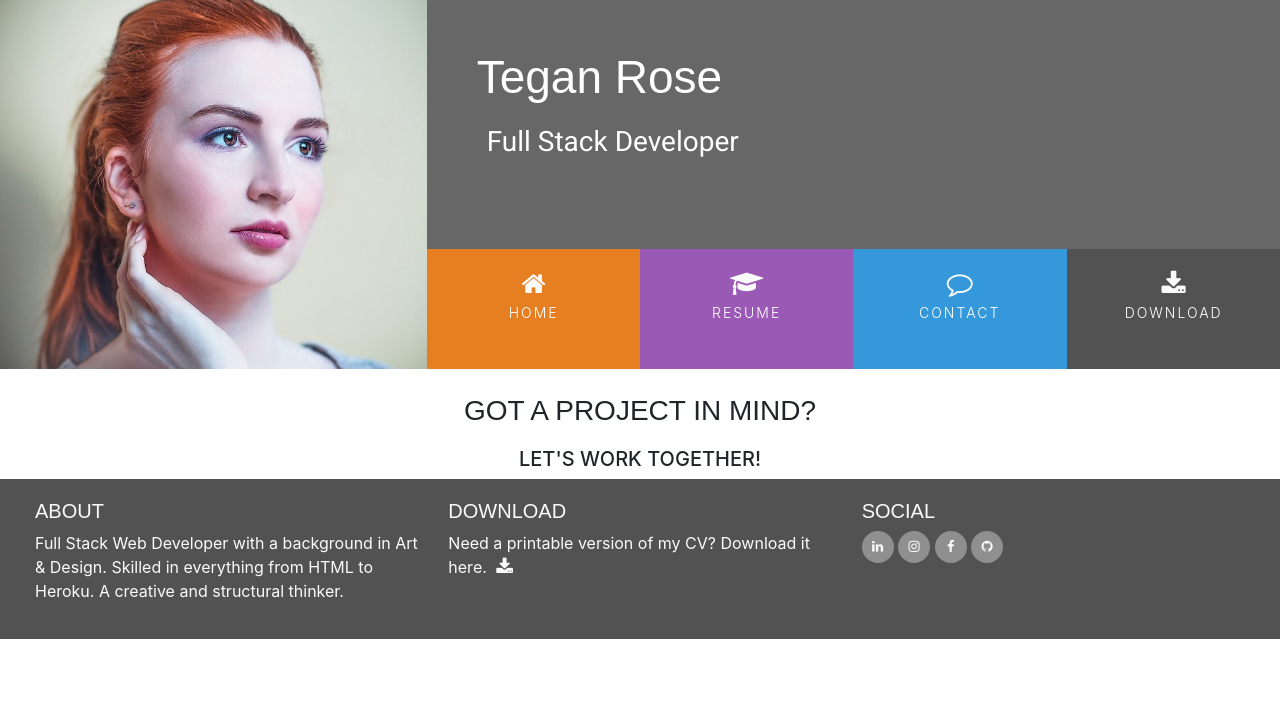
Repository: TSRose/Resume
Page: contact.html
The author's editor kept a record of every edit. The page is drawn from the files as they stood at one moment, then again after the next edit.
The browser window is 1280 px wide. The pictures show the whole page.

Above is the page before.

### contact.html
<!DOCTYPE html>
<html lang="en">

<head>
    <meta charset="UTF-8">
    <meta name="viewport" content="width=device-width, initial-scale=1.0">
    <meta http-equiv="X-UA-Compatible" content="ie=edge">
    <link rel="stylesheet" href="https://stackpath.bootstrapcdn.com/bootstrap/4.3.1/css/bootstrap.min.css" type="text/css" />
    <link rel="stylesheet" href="https://stackpath.bootstrapcdn.com/font-awesome/4.7.0/css/font-awesome.min.css" type="text/css" />
    <link rel="stylesheet" href="assets/css/style.css" type="text/css" />
    <link rel="stylesheet" href="https://cdnjs.cloudflare.com/ajax/libs/hover.css/2.3.1/css/hover-min.css" type="text/css" />
    <title>Tegan Rose</title>
</head>

<body>
    <header>
        <div class="row no-gutters">
            <a href="index.html" class="col-md-4 logo">

            </a>
            <div class="col-md-8">
                <div class="row no-gutters bg-color-name-title">
                    <div class="col">
                        <h1 class="name">Tegan Rose</h1>
                        <h2 class="title"> Full Stack Developer</h2>
                    </div>
                </div>
                <div class="row no-gutters">
                    <div class="col">
                        <ul id="nav" class="list-inline menucontainer">
                            <li class="col-6 col-sm-3 ui-menu-color-home list-inline-item menuitem">
                                <a href="#" class="hvr-sweep-to-bottom"><i class="fa fa-home" aria-hidden="true"></i><span>Home</span></a>
                            </li>
                            <li class="col-6 col-sm-3 ui-menu-color-resume list-inline-item menuitem">
                                <a href="#" class="hvr-sweep-to-bottom"><i class="fa fa-graduation-cap" aria-hidden="true"></i><span>Resume</span></a>
                            </li>
                            <li class="col-6 col-sm-3 ui-menu-color-contact list-inline-item menuitem">
                                <a href="#" class="hvr-sweep-to-bottom"><i class="fa fa-comment-o" aria-hidden="true"></i><span>Contact</span></a>
                            </li>
                            <li class="col-6 col-sm-3 ui-menu-color-download list-inline-item menuitem">
                                <a href="#" class="hvr-sweep-to-bottom"><i class="fa fa-download" aria-hidden="true"></i><span>Download</span></a>
                            </li>
                        </ul>
                    </div>
                </div>
            </div>
        </div>
    </header>
    <section class="container-fluid">
        <div class="row bg-color-contact">
            <div class="col">
                <h3 class="contact-heading uppercase text-center">
                    Got a project in mind?
                </h3>
                <h5 class="uppercase text-center">
                    Let's work together!
                </h5>
            </div>
        </div>

    </section>
    <footer class="container-fluid">
        <div id="footer-details" class="row">
            <div class="col-sm-4">
                <h5 class="uppercase general-sub">About</h5>
                <p class="inline-block">
                    Full Stack Web Developer with a background in Art & Design. Skilled in everything from HTML to Heroku. A creative and structural thinker.
                </p>
            </div>
            <div class="col-sm-4">
                <h5 class="uppercase general-sub">Download</h5>
                <p class="inline-block">
                    Need a printable version of my CV? Download it here.
                    <a href="#" target="_blank" class="cv-pdf">
                        <i class="fa fa-download" aria-hidden="true"></i>
                        <span class="sr-only">Download link.</span>
                    </a>
                </p>
            </div>
            <div class="col-sm-4">
                <h5 class="uppercase general-sub">Social</h5>
                <ul class="list-inline social-links">
                    <li class="list-inline-item">
                        <a target="_blank" href="#">
                        <i class="fa fa-linkedin" aria-hidden="true"></i>
                        <span class="sr-only">LinkedIn</span>
                        </a>
                    </li>
                     <li class="list-inline-item">
                        <a target="_blank" href="#">
                        <i class="fa fa-instagram" aria-hidden="true"></i>
                        <span class="sr-only">Instagram</span>
                        </a>
                    </li>
                    <li class="list-inline-item">
                        <a target="_blank" href="#">
                        <i class="fa fa-facebook" aria-hidden="true"></i>
                        <span class="sr-only">Facebook</span>
                        </a>
                    </li>
                    <li class="list-inline-item">
                        <a target="_blank" href="#">
                        <i class="fa fa-github" aria-hidden="true"></i>
                        <span class="sr-only">GitHub</span>
                        </a>
                    </li>

                </ul>
            </div>
        </div>
    </footer>
</body>

</html>

### assets/css/style.css
@import url('https://fonts.googleapis.com/css?family=Roboto&display=swap:100,200,300,400,500,600,700 | Exo:100,200,300,400,500,600,700');

/*------------------------------------Colours */

.bg-color-name-title {
    background-color: #676767;
}

.bg-color-three-reasons {
    background-color: #fff;
}

.ui-menu-color-home {
    background-color: #e67e22;
}

.ui-menu-color-resume {
    background-color: #9b59b6;
}

.ui-menu-color-contact {
    background-color: #3498db;
}

.ui-menu-color-download {
    background-color: #525252;
}

.bg-color-personal-info {
    background-color: #f4f4f4
}

.bg-color-work-history {
    background-color: #9b59b6;
}

.bg-color-contact {
    background-color: #fff;
}

/*------------------------------------Special paddings/margins/text */

h1,
h2,
h3,
h4 {
    margin: 0;
}

.uppercase {
    text-transform: uppercase;
}

.general-sub {
    font-family: "Exo", sans-serif;
    font-weight: 300;
    color: #fafafa;
}

.inline-block {
    display: inline-block;
}

.row-table {
    display: table;
}

.section-column {
    display: table-cell;
    padding: 0 30px 30px;
    float: none;
}

.history-heading,
.section-heading {
    font-family: "Exo", sans-serif;
    font-weight: 300;
    margin-top: 25px;
    margin-bottom: 30px;
}

/*------------------------------------Headings */

header {
    margin: 0;
}

.heading {
    margin-left: 50px;
}

.logo {
    background: url("../images/logo.jpg");
    background-position: center;
    background-repeat: no-repeat;
    background-size: cover;
    min-height: 360px;
    transition: all .5s ease-in-out;
    -moz-transition: all .5s ease-in-out;
    -webkit-transition: all .5s ease-in-out;
}

.name {
    font-family: "Exo", sans-serif;
    font-weight: 100;
    font-size: 46px;
    margin-top: 50px;
    margin-left: 50px;
    color: #fff;
}

.title {
    font-family: "Roboto", sans-serif;
    font-weight: 200;
    font-size: 28px;
    margin-top: 20px;
    margin-bottom: 90px;
    margin-left: 60px;
    color: #fff;
}

.list-inline-item:not(:last-child) {
    margin: 0;
}

.menucontainer {
    font-size: 0;
}

#nav {
    margin: 0;
}

#nav li {
    font-size: 14px;
    padding: 0;
}

.menuitem {
    height: 120px;
    text-align: center;
    padding: 0;
}

.menuitem a {
    width: 100%;
    text-decoration: 0;
    color: #fff;
    height: 120px;
}

.menuitem a i {
    padding-top: 22px;
    display: block;
    color: #fafafa;
    font-size: 26px;
}

.menuitem span {
    display: block;
    width: 100%;
    padding-top: 5px;
    text-align: center;
    text-transform: uppercase;
    font-size: 14px;
    font-weight: 300;
    letter-spacing: 2px;
}

/*------------------------------------Hover.css */

.hvr-sweep-to-bottom:before {
    background-color: rgba(0, 0, 0, 0.2) !important;
    height: 120px;
}

/*------------------------------------Footer */

footer {
    background-color: #525252;
    color: #fafafa;
    min-height: 120px;
    margin: 0;
}

.cv-pdf i {
    font-size: 18px;
    color: #fafafa;
    text-align: center;
    padding-left: 5px;
    transition: all 0.35s ease-in-out;
    -moz-transition: all 0.35s ease-in-out;
    -webkit-transition: all 0.35s ease-in-out;
    -o-transition: all 0.35s ease-in-out;
}

.cv-pdf i:hover {
    color: #e84610;
}

.social-links {
    padding-bottom: 15px;
}

.social-links li a i {
    width: 32px;
    height: 32px;
    padding: 12px 0;
    border-radius: 50%;
    font-size: 13px;
    line-height: 7px;
    text-align: center;
    color: #fafafa;
    background: #8f8f8f;
    transition: all 0.35s ease-in-out;
    -moz-transition: all 0.35s ease-in-out;
    -webkit-transition: all 0.35s ease-in-out;
    -o-transition: all 0.35s ease-in-out;
}

.social-links li a i:hover {
    background: #e84610;
}

#footer-details {
    padding: 20px;
}


/*------------------------------------Three Reasons */

.three-reasons-icon {
    font-size: 26px;
    color: #e67e22;
}

.three-reasons-heading {
    margin-bottom: 15px;
}


/*------------------------------------Personal Info */

.personal-info-item {
    margin-bottom: 20px;
    display: block;
    clear: both;
}

.personal-info-item .key,
.personal-info-item .value {
    padding-right: 8px;
    display: inline-block;
}

.personal-info-item .key p,
.personal-info-item .value p {
    margin: 0;
}

.personal-info-item .key {
    width: 30%;
    margin-right: 21px;
    padding-top: 2px;
    vertical-align: top;
}

.personal-info-item .key p {
    font-weight: 700;
}

.personal-info-item .value {
    position: relative;
    width: 60%;
}

/*------------------------------------Skills */

.progress {
    position: relative;
    height: 25px;
    margin-bottom: 4px;
}

.progress-type {
    position: absolute;
    left: 0px;
    font-weight: 500;
    padding: 3px 30px 2px 10px;
    color: #fafafa;
}

.progress-section {
    margin: 40px 20px;
}

/*------------------------------------Work History */

.history-heading {
    color: #fafafa;
    margin-bottom: 15px;
}

.timeline-item {
    padding: 2em 2em 1em 2em;
    position: relative;
    color: #fafafa;
    border-left: 1px solid;
}

.timeline-item p {
    padding: 0;
    margin: 0;
}

.timeline-item:before {
    content: attr(data-dates);
    position: absolute;
    left: 2.5em;
    top: 1em;
    display: block;
    font-family: "Exo", sans-serif;
    font-weight: 500;
    font-size: 0.8em;
    padding: 0;
    margin: 0;
}

.timeline-item:after {
    width: 12px;
    height: 12px;
    display: block;
    top: 1em;
    position: absolute;
    left: -6px;
    border-radius: 12px;
    content: '';
    background: #fafafa;
}

.history-items {
    margin-top: .5em;
    margin-bottom: 30px;
}

/*------------------------------------Contact Form */

.contact-heading {
    font-family: "Exo", sans-serif;
    font-weight: 300;
    margin-top: 25px;
    margin-bottom: 20px;
}

.center-form {
    padding-top: 10px;
    margin: 0 auto;
    max-width: 70%;
}

button[type="submit"] {
    margin-top: 15px;
    margin-bottom: 20px;
    color: #fafafa;
    background-color: #3498db;
}

/*------------------------------------media Queries */

@media(min-width: 992px) {
    .center-form {
        padding-top: 30px;
        min-height: 240px;
        margin: 0 auto;
        max-width: 50%;
    }
}

After the next edit:
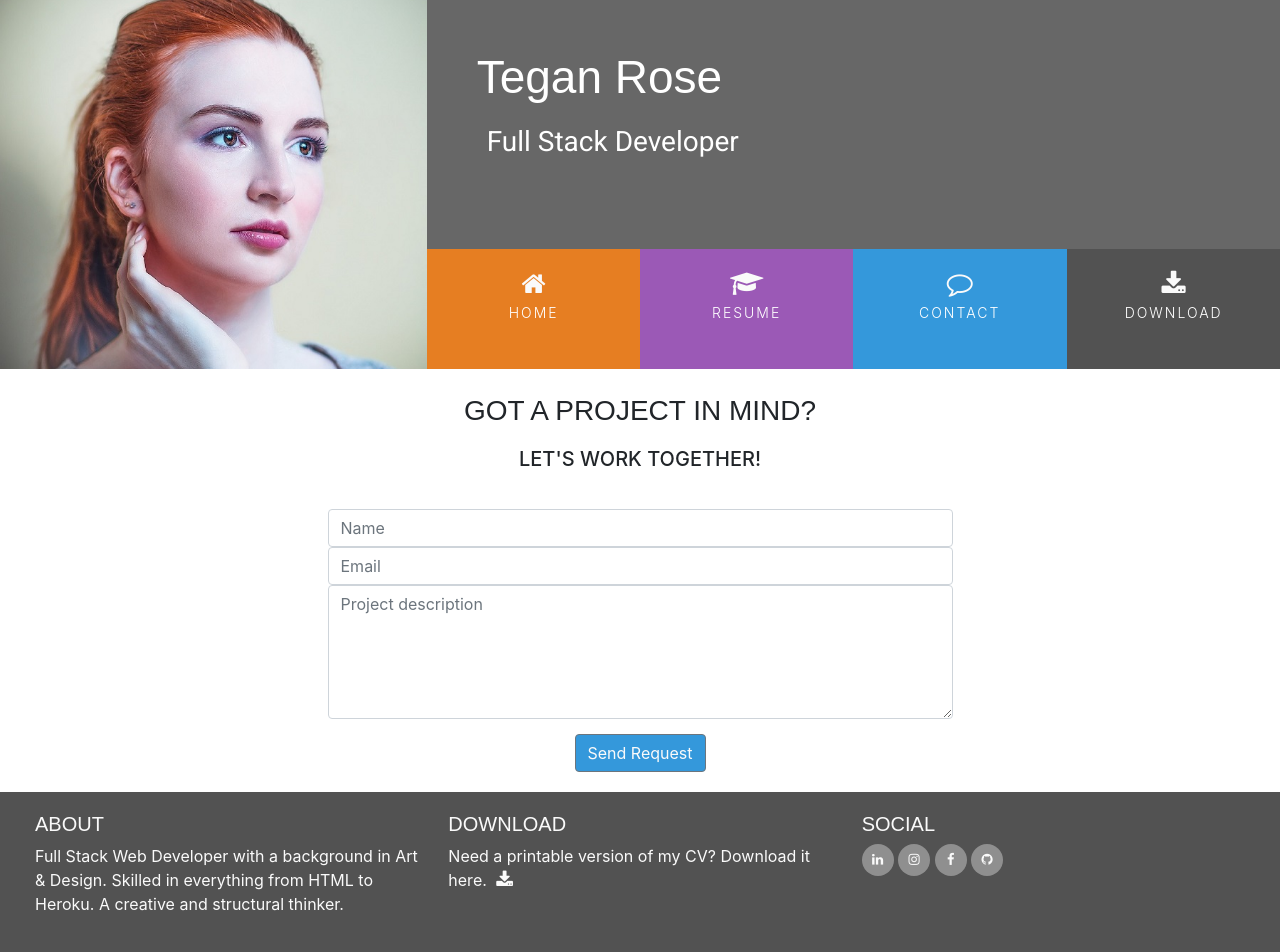
The edit:
--- a/contact.html
+++ b/contact.html
@@ -55,6 +55,22 @@
                 <h5 class="uppercase text-center">
                     Let's work together!
                 </h5>
+                <div class="center-form">
+                    <form>
+                        <input type="text" name="name" id="fullname" class="form-control"
+                        placeholder="Name" required />
+                        <input type="email" name="email" id="emailaddress" class="form-control"
+                        placeholder="Email" required />
+                        <textarea rows="5" name="projectsummary" id="projectsummary" class="form-control"
+                        placeholder="Project description" required /></textarea>
+                        <div class="form-row text-center">
+                            <div class="col">
+                                <button type="submit" class="btn btn-secondary">Send Request</button>
+                            </div>
+                        </div>
+                    </form>
+                </div>
+
             </div>
         </div>
 
